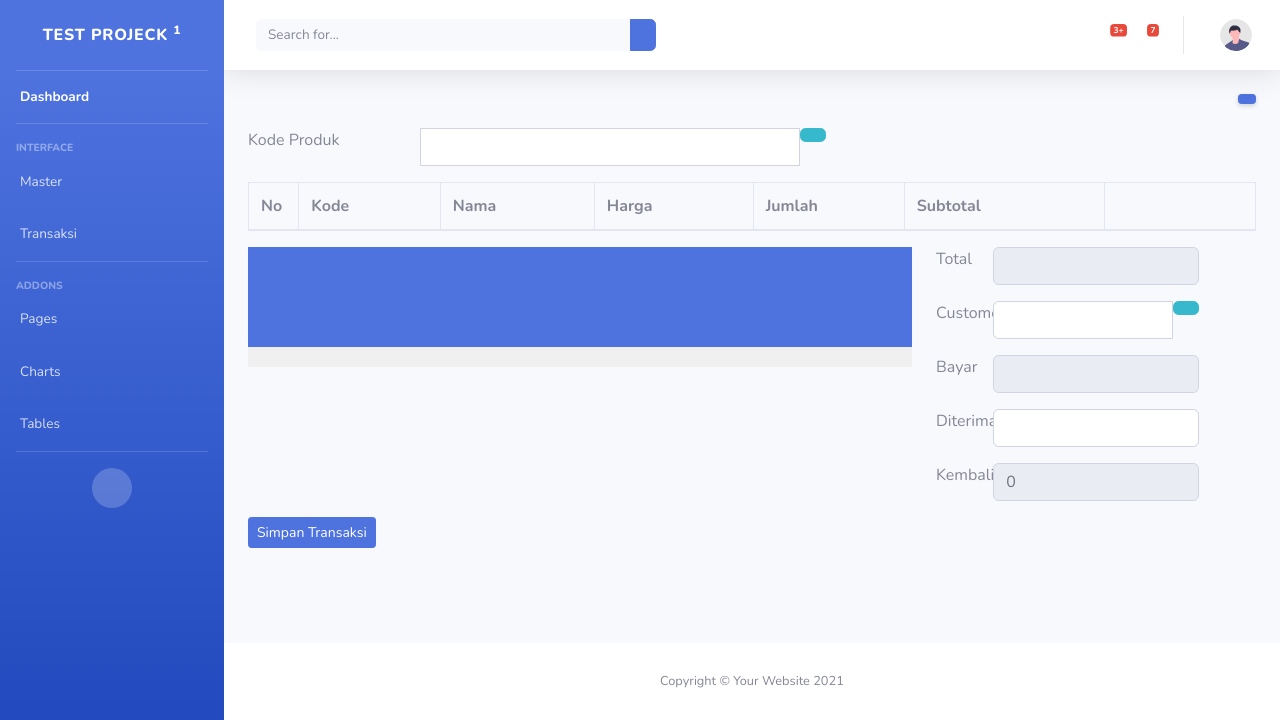
Repository: sellayspy/laravel123
Page: http://localhost/transaksis
These files come from the project's save history. The page is drawn as it stood at one moment and after the next save; the edit follows.
The browser window is 1280 px wide. The pictures show the whole page.
The page is served by the project's Laravel application, run on PHP 8.4 with Laravel 10. Queries for data that is not in the repository find no rows.

Above is the page before, as saved 2023-10-30 17:40:12.
Console error: ReferenceError: jQuery is not defined

After the next save:
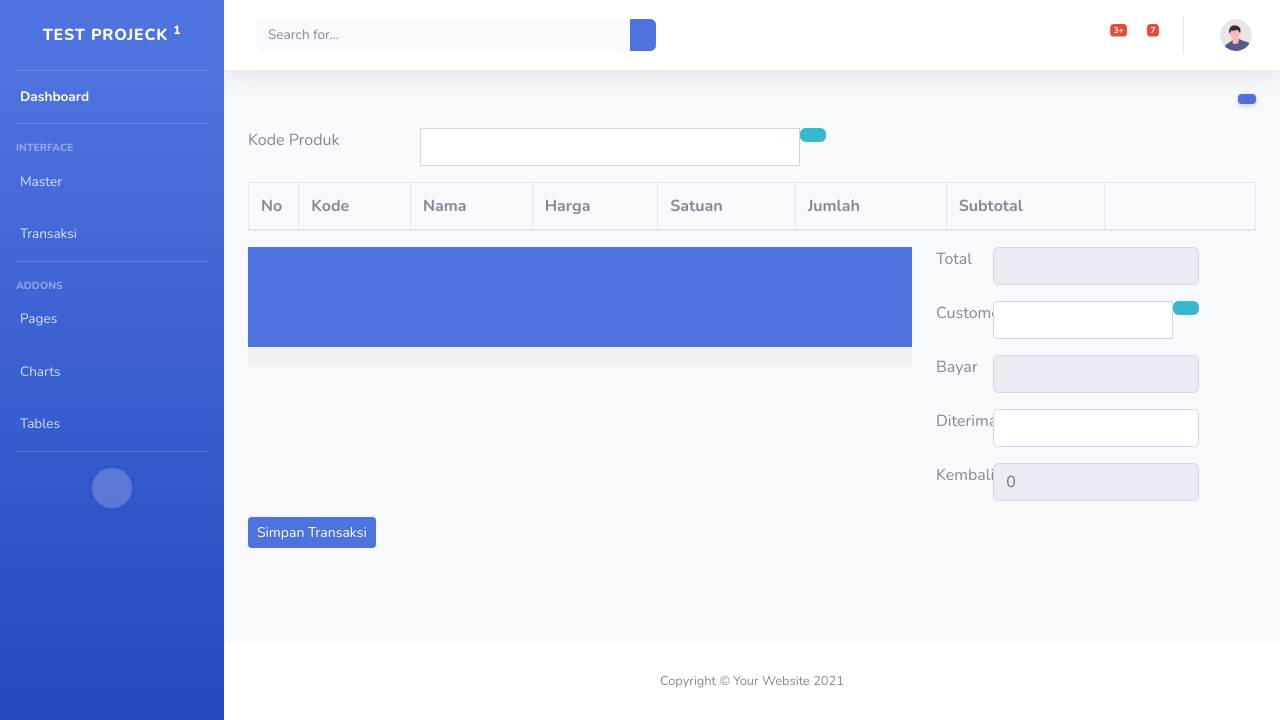
Saved 69 s later.
--- a/resources/views/transaksi/index.blade.php
+++ b/resources/views/transaksi/index.blade.php
@@ -52,6 +52,7 @@
                         <th>Kode</th>
                         <th>Nama</th>
                         <th>Harga</th>
+                        <th>Satuan</th>
                         <th width="15%">Jumlah</th>
                         <th>Subtotal</th>
                         <th width="15%"><i class="fa fa-cog"></i></th>
